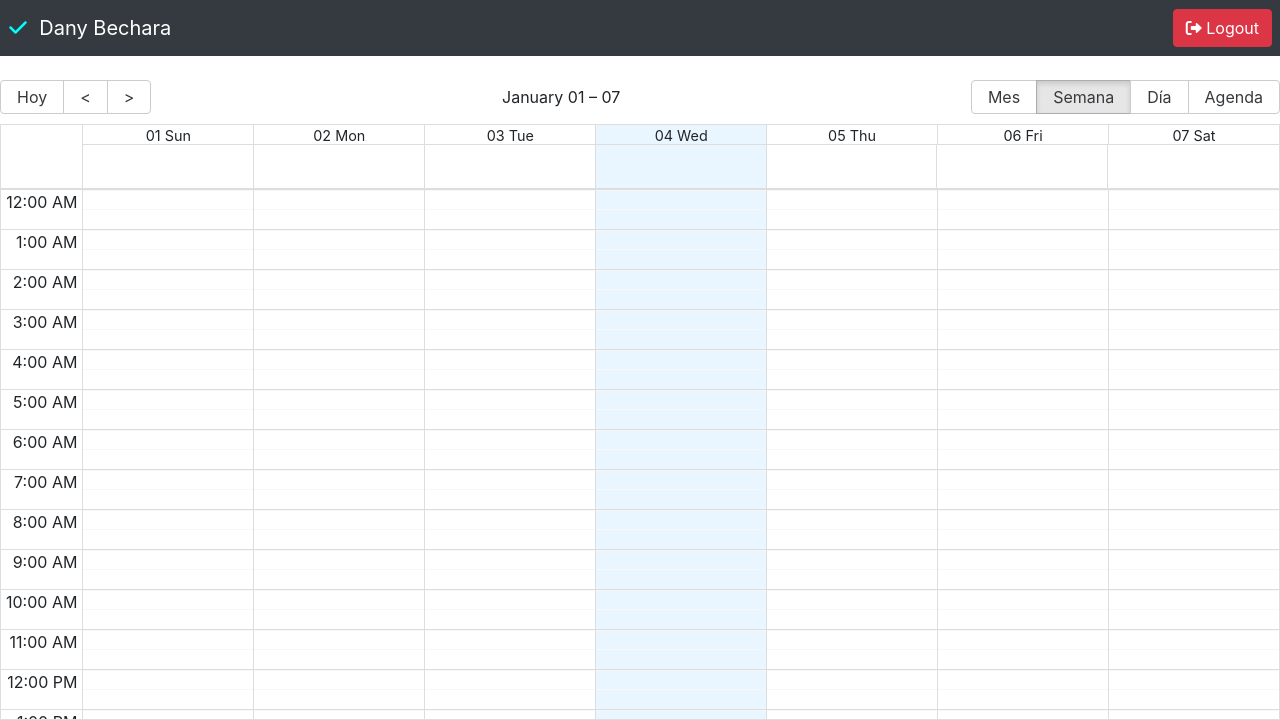
Repository: bechara611/calendar-frontend
Page: /
These files come from the project's save history. The page is drawn as it stood at one moment and after the next save; the edit follows.
The browser window is 1280 px wide. The pictures show the whole page.
An inner scrolling area shows only its first screen. The project was rebuilt for these pictures with package versions that can differ from the ones it lists, and the page was loaded fresh each time. Also part of the build but not shown: vite.config.js. Imported but missing from the stored project, and not drawn on this page: src/auth.

Above is the page before, as saved 2023-01-05 11:10:42.

After the next save:
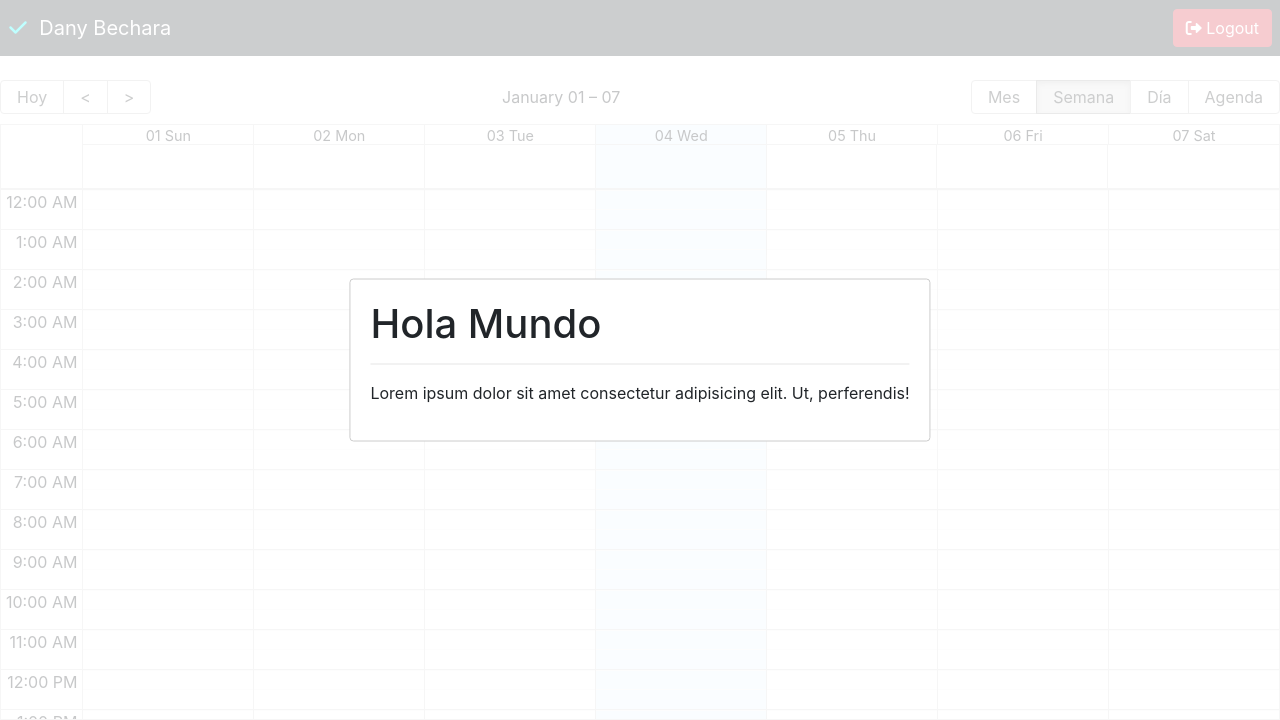
Saved 24 s later.
--- a/src/calendar/components/CalendarModal.jsx
+++ b/src/calendar/components/CalendarModal.jsx
@@ -25,9 +25,7 @@
                 isOpen={true}
                 onRequestClose={onCloseModal}
                 style={customStyles}
-                className='modal'
-                overlayClassName='modal-fondo'
-                closeTimeoutMS={200}
+
             >
                 <h1>Hola Mundo</h1>
                 <hr />

After the save that followed:
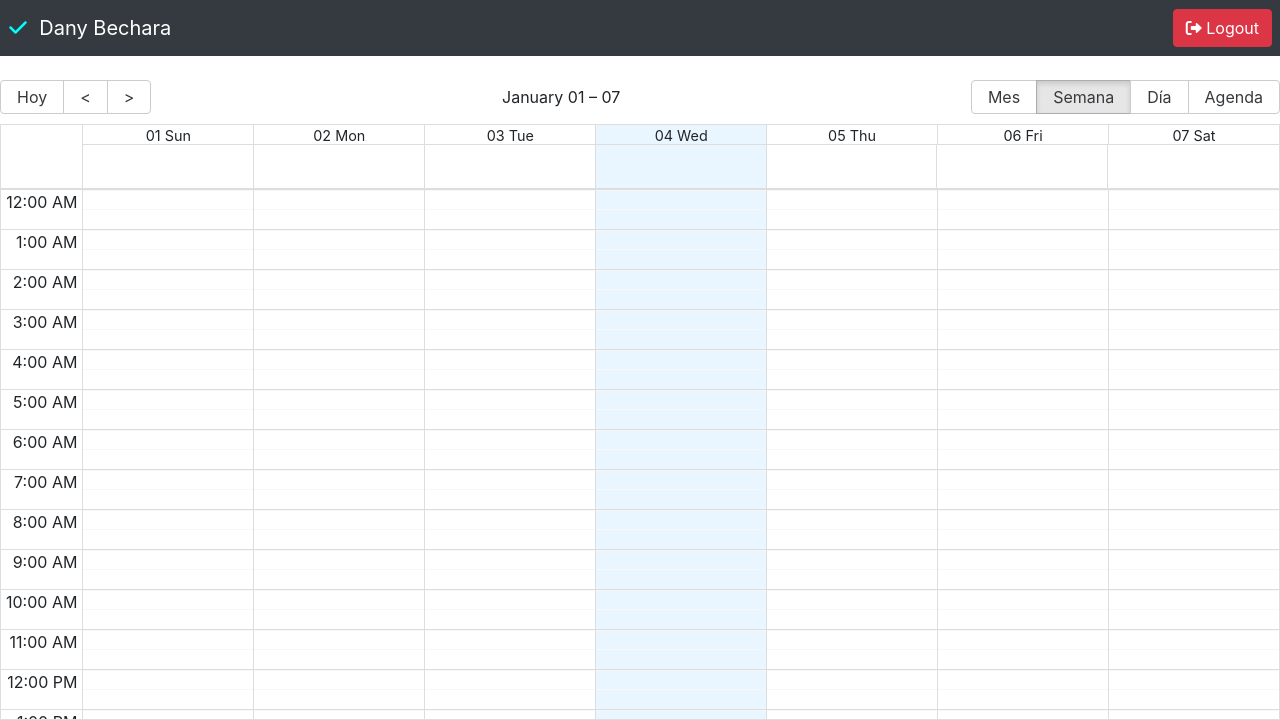
Saved 7 s later.
--- a/src/calendar/components/CalendarModal.jsx
+++ b/src/calendar/components/CalendarModal.jsx
@@ -25,7 +25,9 @@
                 isOpen={true}
                 onRequestClose={onCloseModal}
                 style={customStyles}
-
+                className='modal'
+                overlayClassName='modal-fondo'
+                closeTimeoutMS={200}
             >
                 <h1>Hola Mundo</h1>
                 <hr />
